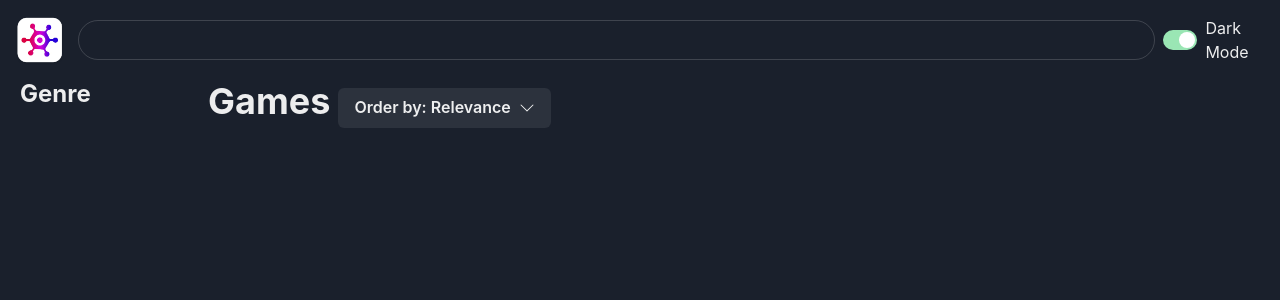
Repository: heyCaroline/game-hub
Page: /
The author's editor kept a copy of each file at every save. The page is drawn from the files as they stood at one save, then again after the next save.
The browser window is 1280 px wide. The pictures show the whole page.
The page's requests for data from a server got no answer. The project was rebuilt for these pictures with package versions that can differ from the ones it lists, and the page was loaded fresh each time. No one was signed in, and anything a server would have sent is missing. Also part of the build but not shown: vite.config.ts, src/components/PlatformIconList.tsx, src/components/CriticScore.tsx, src/components/GameCard.tsx.

Above is the page before, as saved 2025-05-23 17:34:22.

After the next save:
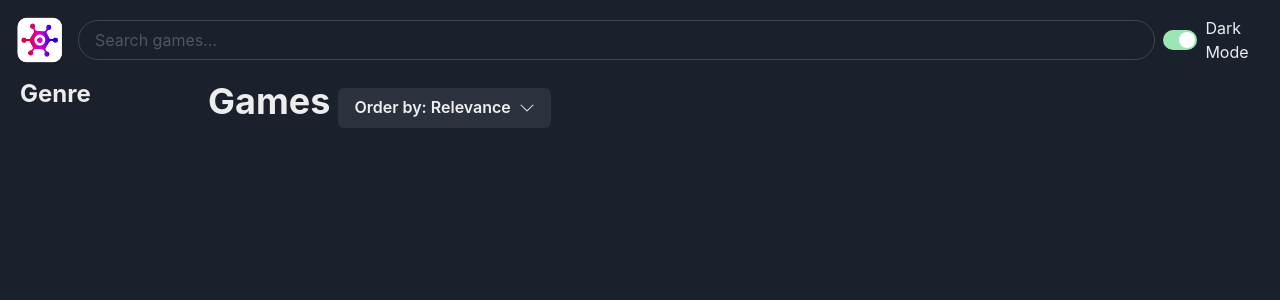
Saved 17 s later.
--- a/src/components/SearchInput.tsx
+++ b/src/components/SearchInput.tsx
@@ -1,7 +1,7 @@
 import { Input } from "@chakra-ui/react";
 
 const SearchInput = () => {
-  return <Input borderRadius="20px"></Input>;
+  return <Input borderRadius="20px" placeholder="Search games..."></Input>;
 };
 
 export default SearchInput;
